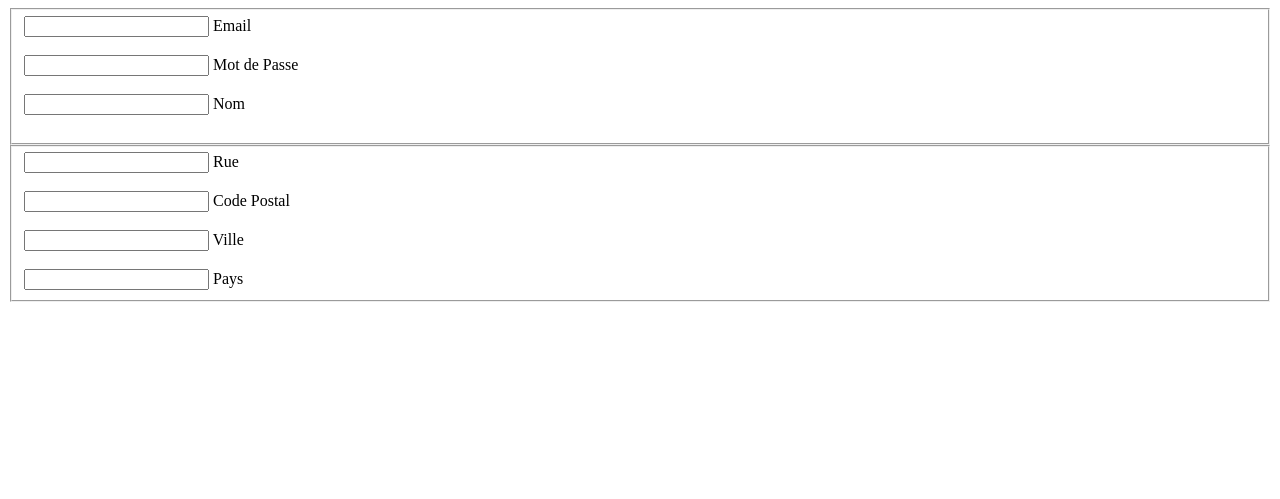
Repository: Tanox2450/ProjetFinalFrontWeb
Page: http://localhost/BoVoyageFrontOffice/fragments/formulaire.jsp
The author's editor kept a copy of each file at every save. The page is drawn from the files as they stood at one save, then again after the next save.
The browser window is 1280 px wide. The pictures show the whole page.
The page is served by Tomcat 9. Other server files are loaded and not shown.

Above is the page before, as saved 2015-08-24 12:39:12.

### BoVoyageFrontOffice/WebContent/fragments/formulaire.jsp
<%@ page language="java" contentType="text/html; charset=UTF-8"
	pageEncoding="UTF-8"%>
<!DOCTYPE html PUBLIC "-//W3C//DTD HTML 4.01 Transitional//EN" "http://www.w3.org/TR/html4/loose.dtd">
<html>
<head>
<meta http-equiv="Content-Type" content="text/html; charset=UTF-8">
<title>Insert title here</title>
</head>
<body>
	<form method="post" action="FrontController">
		<fieldset>
			<div class="mdl-textfield mdl-js-textfield">
				<input class="mdl-textfield__input" type="text" name="email" id="email" /> <label
					class="mdl-textfield__label" for="email">Email</label>
			</div>
			<br />
			<div class="mdl-textfield mdl-js-textfield">
				<input class="mdl-textfield__input" type="text" name="password" id="password"/>
				<label class="mdl-textfield__label" for="password">Mot de
					Passe</label>
			</div>
			<br />
			<div class="mdl-textfield mdl-js-textfield">
				<input class="mdl-textfield__input" type="text" name="name" id="name"/> <label
					class="mdl-textfield__label" for="name">Nom</label>
			</div>
			<br />
		</fieldset>

		<fieldset>
			<div class="mdl-textfield mdl-js-textfield">
				<input class="mdl-textfield__input" type="text" name="street" id="street"/> <label
					class="mdl-textfield__label" for="street">Rue</label>
			</div>
			<br />
			<div class="mdl-textfield mdl-js-textfield">
				<input class="mdl-textfield__input" type="text" name="postalCode" id="postalCode"/>
				<label class="mdl-textfield__label" for="postalCode">Code Postal</label>
			</div>
			<br />
			<div class="mdl-textfield mdl-js-textfield">
				<input class="mdl-textfield__input" type="text" name="city" id="city"/> <label
					class="mdl-textfield__label" for="city">Ville</label>
			</div>
			<br />
			<div class="mdl-textfield mdl-js-textfield">
				<input class="mdl-textfield__input" type="text" name="country" id="country"/> <label
					class="mdl-textfield__label" for="country">Pays</label>
			</div>
		</fieldset>
	</form>
</body>
</html>

After the next save:
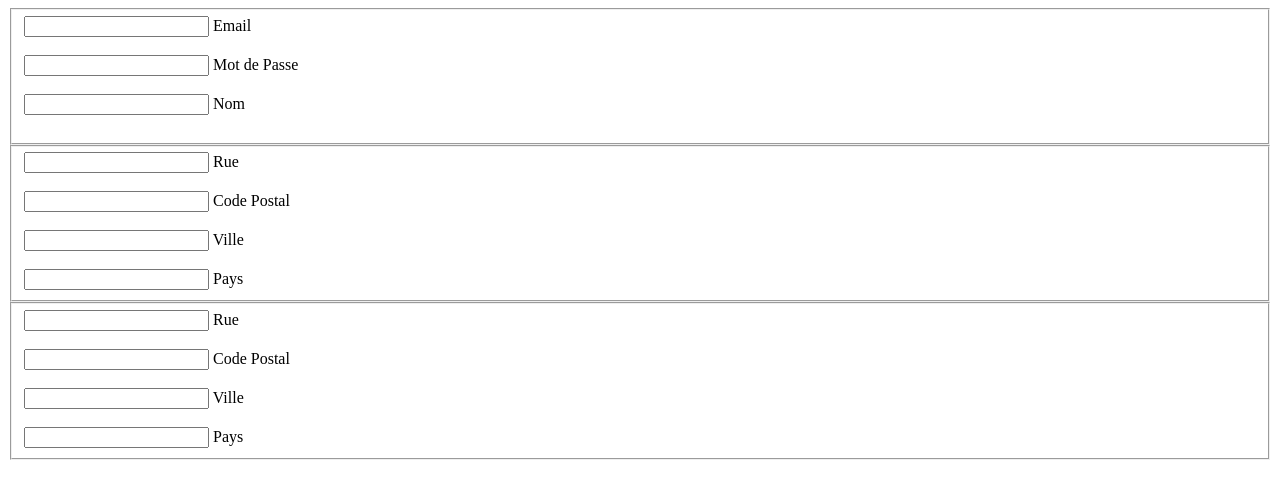
Saved 74 s later.
--- a/BoVoyageFrontOffice/WebContent/fragments/formulaire.jsp
+++ b/BoVoyageFrontOffice/WebContent/fragments/formulaire.jsp
@@ -48,6 +48,28 @@
 					class="mdl-textfield__label" for="country">Pays</label>
 			</div>
 		</fieldset>
+
+		<fieldset>
+			<div class="mdl-textfield mdl-js-textfield">
+				<input class="mdl-textfield__input" type="text" name="street" id="street"/> <label
+					class="mdl-textfield__label" for="street">Rue</label>
+			</div>
+			<br />
+			<div class="mdl-textfield mdl-js-textfield">
+				<input class="mdl-textfield__input" type="text" name="postalCode" id="postalCode"/>
+				<label class="mdl-textfield__label" for="postalCode">Code Postal</label>
+			</div>
+			<br />
+			<div class="mdl-textfield mdl-js-textfield">
+				<input class="mdl-textfield__input" type="text" name="city" id="city"/> <label
+					class="mdl-textfield__label" for="city">Ville</label>
+			</div>
+			<br />
+			<div class="mdl-textfield mdl-js-textfield">
+				<input class="mdl-textfield__input" type="text" name="country" id="country"/> <label
+					class="mdl-textfield__label" for="country">Pays</label>
+			</div>
+		</fieldset>
 	</form>
 </body>
 </html>
